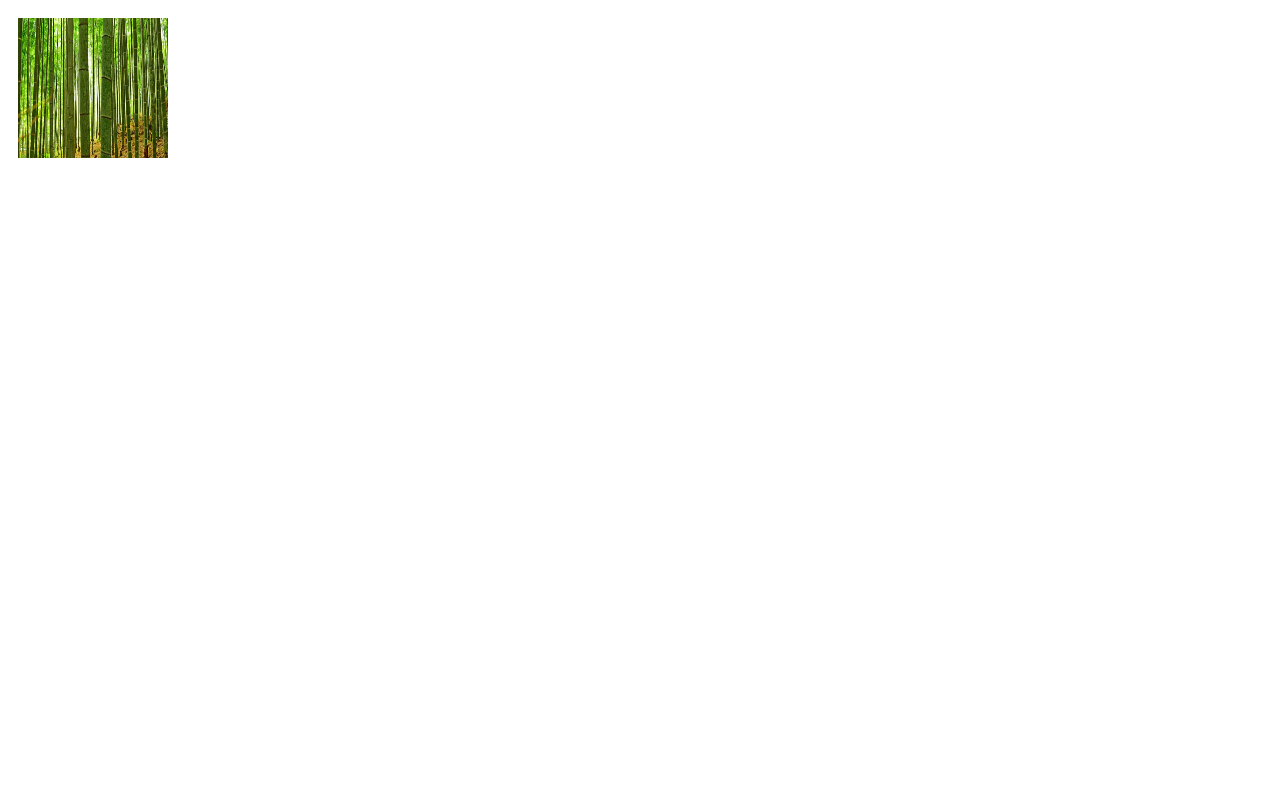
Repository: tanasa-mircea/playground
Page: canvas-filters/index.html
The author's editor kept a copy of each file at every save. The page is drawn from the files as they stood at one save, then again after the next save.
The browser window is 1280 px wide. The pictures show the whole page.

Above is the page before, as saved 2019-02-08 10:57:04.

### canvas-filters/index.html
<!DOCTYPE html>
<html>
<head>
  <meta charset="utf-8">
  <meta http-equiv="X-UA-Compatible" content="IE=edge">
  <title>Page Title</title>
  <meta name="viewport" content="width=device-width, initial-scale=1">
</head>
<body>
  <canvas id="myCanvas"></canvas>
  <img id="bamboo" src="bamboo.jpg" style="visibility: hidden;">

  <script src="main.js"></script>
</body>
</html>

### canvas-filters/main.js
var config = {
  canvasWidth: 1200,
  canvasHeight: 600
}

var canvas,
    canvasContext,
    image;


function initCanvas() {
  canvas = document.getElementById("myCanvas");
  canvasContext = canvas.getContext("2d");
  image = document.getElementById("bamboo");
  canvasContext.drawImage(image, 10, 10, 150, 180);
}

window.onload = function() {
  initCanvas();
}

After the next save:
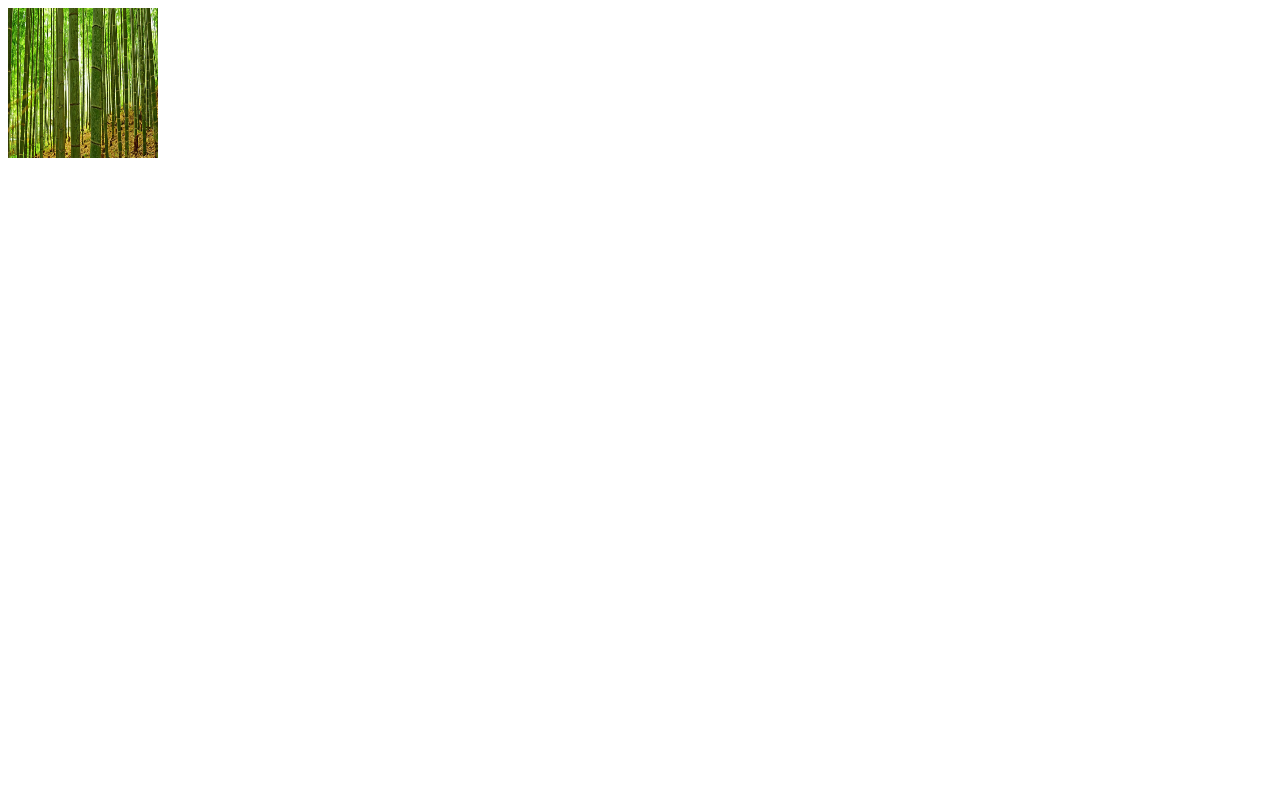
Saved 4 s later.
--- a/canvas-filters/main.js
+++ b/canvas-filters/main.js
@@ -12,7 +12,7 @@ function initCanvas() {
   canvas = document.getElementById("myCanvas");
   canvasContext = canvas.getContext("2d");
   image = document.getElementById("bamboo");
-  canvasContext.drawImage(image, 10, 10, 150, 180);
+  canvasContext.drawImage(image, 0, 0, 150, 180);
 }
 
 window.onload = function() {
